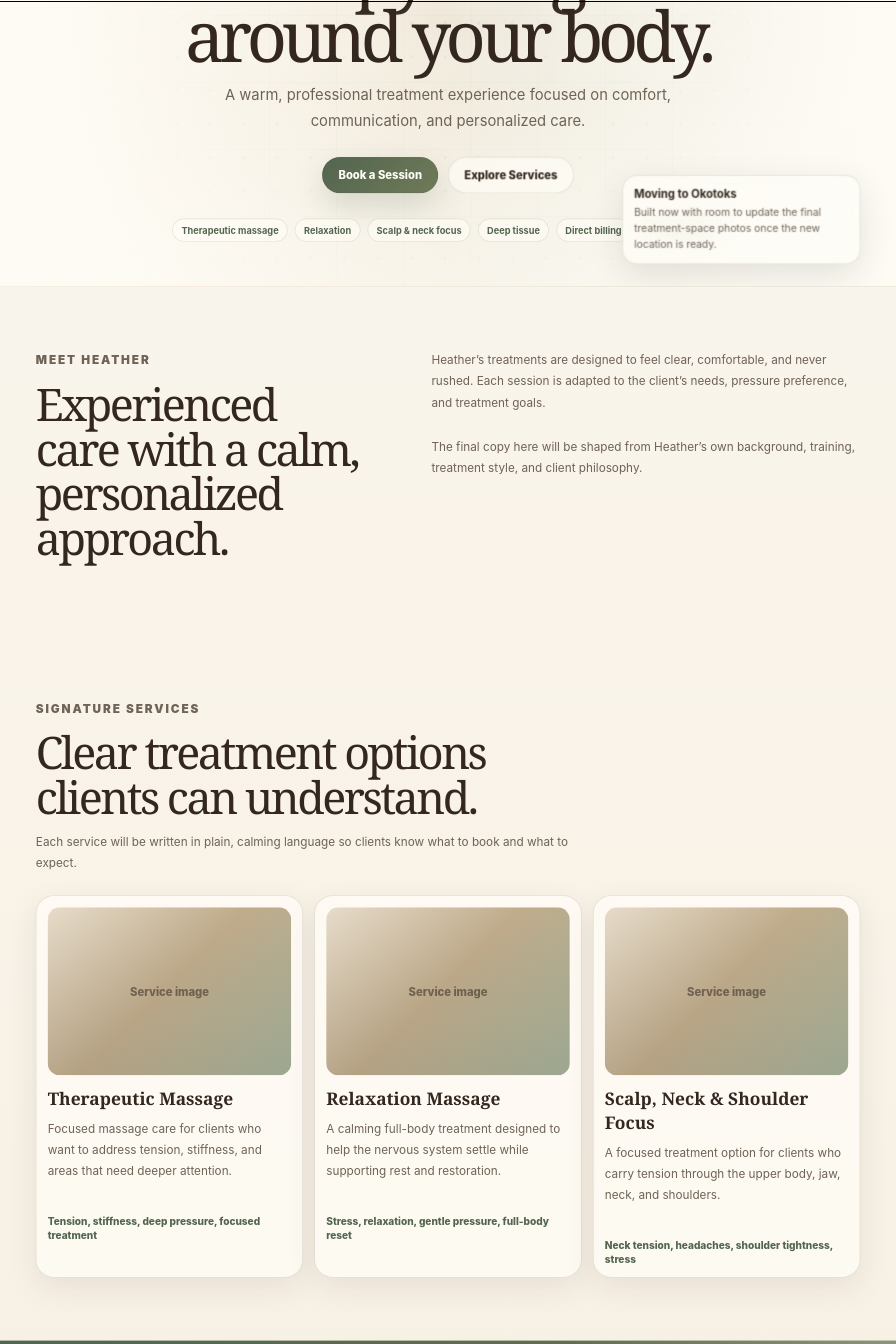
Repository: 300LBHACK3R/mckenzie-house-massage-site
Page: /
An editor plug-in stored every save of this project. The page is shown before and after the next save, followed by the edit.
The browser window is 1280 px wide. The pictures show the part of the page from y = 363 to 2283 px (the page is 4405 px tall before and 4465 px after), at 70% of full size.
The project was rebuilt for these pictures with package versions that can differ from the ones it lists, and the page was loaded fresh each time. The framework's server and built-in components were replaced by stand-ins that run in the browser. Also part of the build but not shown: next.config.ts.

Above is the page before, as saved 2026-07-15 13:45:10.

### src/app/layout.tsx
import type { Metadata } from "next";
import "./globals.css";
import { siteConfig } from "@/lib/site";

export const metadata: Metadata = {
  title: `${siteConfig.businessName} | Massage Therapy in Okotoks`,
  description: siteConfig.description,
  metadataBase: new URL(siteConfig.domain),
  openGraph: {
    title: `${siteConfig.businessName} | Massage Therapy in Okotoks`,
    description: siteConfig.description,
    type: "website",
    locale: "en_CA",
  },
};

export default function RootLayout({
  children,
}: Readonly<{
  children: React.ReactNode;
}>) {
  return (
    <html lang="en-CA">
      <body>{children}</body>
    </html>
  );
}

### src/app/page.tsx
import { Footer } from "@/components/Footer";
import { Header } from "@/components/Header";
import {
  experiencePillars,
  pricingPreview,
  services,
  serviceTags,
  siteConfig,
} from "@/lib/site";

export default function Home() {
  return (
    <>
      <Header />

      <main>
        <section id="home" className="organic-hero">
          <div className="hero-media" aria-hidden="true">
            {siteConfig.heroVideo ? (
              <video autoPlay muted loop playsInline preload="metadata">
                <source src={siteConfig.heroVideo} type="video/mp4" />
              </video>
            ) : (
              <div className="hero-media-placeholder" />
            )}

            <div className="hero-wash" />
            <div className="botanical-pattern" />
          </div>

          <div className="hero-inner">
            <p className="hero-pill">
              <span />
              Massage therapy · Calgary · Okotoks
            </p>

            <h1>Calm, skilled massage therapy designed around your body.</h1>

            <p className="hero-copy">
              A warm, professional treatment experience focused on comfort,
              communication, and personalized care.
            </p>

            <div className="hero-actions">
              <a className="button primary" href={siteConfig.bookingUrl}>
                Book a Session
              </a>
              <a className="button secondary" href="#services">
                Explore Services
              </a>
            </div>

            <div className="hero-tags" aria-label="Service highlights">
              {serviceTags.map((tag) => (
                <span key={tag}>{tag}</span>
              ))}
            </div>
          </div>

          <aside className="hero-side-card" aria-label="Okotoks move note">
            <strong>Moving to Okotoks</strong>
            <span>
              Built now with room to update the final treatment-space photos
              once the new location is ready.
            </span>
          </aside>
        </section>

        <section id="about" className="section split">
          <div>
            <p className="eyebrow">Meet Heather</p>
            <h2>Experienced care with a calm, personalized approach.</h2>
          </div>

          <div className="copy-stack">
            <p>
              Heather’s treatments are designed to feel clear, comfortable, and
              never rushed. Each session is adapted to the client’s needs,
              pressure preference, and treatment goals.
            </p>
            <p>
              The final copy here will be shaped from Heather’s own background,
              training, treatment style, and client philosophy.
            </p>
          </div>
        </section>

        <section id="services" className="section">
          <div className="section-heading">
            <p className="eyebrow">Signature Services</p>
            <h2>Clear treatment options clients can understand.</h2>
            <p>
              Each service will be written in plain, calming language so clients
              know what to book and what to expect.
            </p>
          </div>

          <div className="service-grid">
            {services.map((service) => (
              <article className="service-card" key={service.name}>
                <div className="service-image">
                  <span>Service image</span>
                </div>
                <h3>{service.name}</h3>
                <p>{service.description}</p>
                <small>{service.bestFor}</small>
              </article>
            ))}
          </div>
        </section>

        <section id="experience" className="section experience-section">
          <div className="experience-card">
            <p className="eyebrow">The Experience</p>
            <h2>Comfort, clarity, and care from the moment you book.</h2>
            <p>
              The website will help clients understand each treatment before
              they book, see the treatment space, meet Heather, and feel
              confident choosing the service that fits their body best.
            </p>
          </div>

          <div className="experience-list">
            {experiencePillars.map((item) => (
              <div key={item.title}>
                <strong>{item.title}</strong>
                <span>{item.text}</span>
              </div>
            ))}
          </div>
        </section>

        <section id="pricing" className="section soft">
          <div className="section-heading">
            <p className="eyebrow">Pricing</p>
            <h2>Simple, transparent pricing.</h2>
            <p>
              Pricing will be added once Heather confirms final services,
              durations, and rates.
            </p>
          </div>

          <div className="pricing-grid">
            {pricingPreview.map((item) => (
              <div key={item.duration}>
                <strong>{item.duration}</strong>
                <span>{item.price}</span>
              </div>
            ))}
          </div>
        </section>

        <section id="booking" className="section booking">
          <p className="eyebrow">Online Booking</p>
          <h2>Book through ClinicSense.</h2>
          <p>
            Clients will be directed into Heather’s existing ClinicSense booking
            system, where availability, services, intake, and scheduling remain
            securely managed.
          </p>
          <a className="button primary" href={siteConfig.bookingUrl}>
            Open Booking
          </a>
        </section>

        <section id="contact" className="section split">
          <div>
            <p className="eyebrow">Okotoks Launch</p>
            <h2>Built now. Ready to evolve with the new space.</h2>
          </div>

          <div className="copy-stack">
            <p>
              Current treatment footage can show Heather’s work, technique, and
              care while the final Okotoks room imagery can be added once the
              new space is ready.
            </p>
            <p>
              The website and Google Business Profile will be kept consistent
              through the transition.
            </p>
          </div>
        </section>
      </main>

      <Footer />
    </>
  );
}

### src/lib/site.ts
export const siteConfig = {
  businessName: "Heather Knorr Massage",
  legalName: "Heather Knorr",
  currentName: "McKenzie House Massage",
  description:
    "Calming, personalized massage therapy with clear communication, professional care, and convenient online booking.",
  location: "Calgary / Okotoks, Alberta",
  phone: "",
  email: "",
  bookingUrl: "#",
  domain: "https://example.com",
  heroVideo: "",
  social: {
    facebook: "",
    instagram: "",
  },
};

export const navItems = [
  { label: "Home", href: "#home" },
  { label: "About", href: "#about" },
  { label: "Services", href: "#services" },
  { label: "Experience", href: "#experience" },
  { label: "Pricing", href: "#pricing" },
  { label: "Booking", href: "#booking" },
  { label: "Contact", href: "#contact" },
];

export const serviceTags = [
  "Therapeutic massage",
  "Relaxation",
  "Scalp & neck focus",
  "Deep tissue",
  "Direct billing",
  "Online booking",
];

export const services = [
  {
    name: "Therapeutic Massage",
    description:
      "Focused massage care for clients who want to address tension, stiffness, and areas that need deeper attention.",
    bestFor: "Tension, stiffness, deep pressure, focused treatment",
  },
  {
    name: "Relaxation Massage",
    description:
      "A calming full-body treatment designed to help the nervous system settle while supporting rest and restoration.",
    bestFor: "Stress, relaxation, gentle pressure, full-body reset",
  },
  {
    name: "Scalp, Neck & Shoulder Focus",
    description:
      "A focused treatment option for clients who carry tension through the upper body, jaw, neck, and shoulders.",
    bestFor: "Neck tension, headaches, shoulder tightness, stress",
  },
];

export const experiencePillars = [
  {
    title: "Personalized pressure",
    text: "Each session is adjusted to the client’s comfort level, treatment goals, and preferred pressure.",
  },
  {
    title: "Clear service guidance",
    text: "Each treatment will be explained in plain language so clients know what to book and what to expect.",
  },
  {
    title: "Professional presentation",
    text: "Photography and video will show the treatment experience, the space, and Heather’s approach clearly.",
  },
];

export const pricingPreview = [
  { duration: "60 minutes", price: "Price to confirm" },
  { duration: "90 minutes", price: "Price to confirm" },
  { duration: "120 minutes", price: "Price to confirm" },
];

### src/components/Footer.tsx
import { siteConfig } from "@/lib/site";

export function Footer() {
  return (
    <footer className="footer">
      <div>
        <strong>{siteConfig.businessName}</strong>
        <p>{siteConfig.description}</p>
      </div>

      <div>
        <p>{siteConfig.location}</p>
        <p>Online booking through ClinicSense</p>
      </div>
    </footer>
  );
}

### src/components/Header.tsx
import { navItems, siteConfig } from "@/lib/site";

export function Header() {
  return (
    <header className="site-header">
      <a className="brand" href="#home" aria-label="Go to homepage">
        <span className="brand-mark">HK</span>
        <span className="brand-text">
          <strong>{siteConfig.businessName}</strong>
          <small>Massage & Wellness</small>
        </span>
      </a>

      <nav className="nav" aria-label="Main navigation">
        {navItems.map((item) => (
          <a key={item.href} href={item.href}>
            {item.label}
          </a>
        ))}
      </nav>

      <a className="nav-cta" href={siteConfig.bookingUrl}>
        Book Now
      </a>
    </header>
  );
}

Loaded but not shown: src/app/globals.css (586 lines, source omitted)

After the next save:
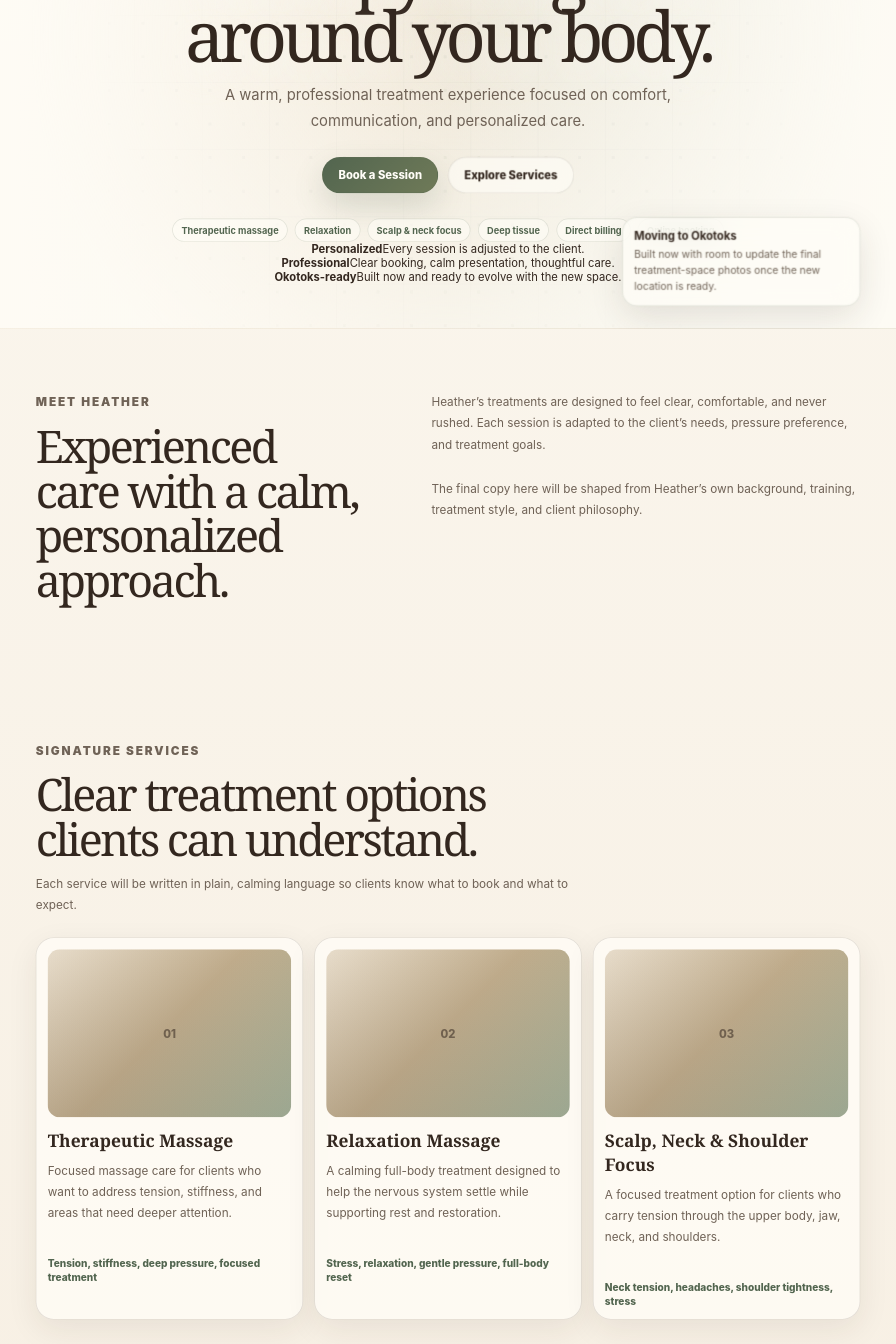
Saved 34 min 22 s later.
--- a/src/app/page.tsx
+++ b/src/app/page.tsx
@@ -26,22 +26,26 @@ export default function Home() {
 
             <div className="hero-wash" />
             <div className="botanical-pattern" />
+            <div className="ambient-orb orb-one" />
+            <div className="ambient-orb orb-two" />
           </div>
 
           <div className="hero-inner">
-            <p className="hero-pill">
+            <p className="hero-pill reveal-up">
               <span />
               Massage therapy · Calgary · Okotoks
             </p>
 
-            <h1>Calm, skilled massage therapy designed around your body.</h1>
-
-            <p className="hero-copy">
+            <h1 className="reveal-up delay-1">
+              Calm, skilled massage therapy designed around your body.
+            </h1>
+
+            <p className="hero-copy reveal-up delay-2">
               A warm, professional treatment experience focused on comfort,
               communication, and personalized care.
             </p>
 
-            <div className="hero-actions">
+            <div className="hero-actions reveal-up delay-3">
               <a className="button primary" href={siteConfig.bookingUrl}>
                 Book a Session
               </a>
@@ -50,14 +54,32 @@ export default function Home() {
               </a>
             </div>
 
-            <div className="hero-tags" aria-label="Service highlights">
+            <div
+              className="hero-tags reveal-up delay-4"
+              aria-label="Service highlights"
+            >
               {serviceTags.map((tag) => (
                 <span key={tag}>{tag}</span>
               ))}
             </div>
-          </div>
-
-          <aside className="hero-side-card" aria-label="Okotoks move note">
+
+            <div className="hero-stat-row reveal-up delay-5">
+              <div>
+                <strong>Personalized</strong>
+                <span>Every session is adjusted to the client.</span>
+              </div>
+              <div>
+                <strong>Professional</strong>
+                <span>Clear booking, calm presentation, thoughtful care.</span>
+              </div>
+              <div>
+                <strong>Okotoks-ready</strong>
+                <span>Built now and ready to evolve with the new space.</span>
+              </div>
+            </div>
+          </div>
+
+          <aside className="hero-side-card reveal-soft" aria-label="Okotoks move note">
             <strong>Moving to Okotoks</strong>
             <span>
               Built now with room to update the final treatment-space photos
@@ -66,13 +88,13 @@ export default function Home() {
           </aside>
         </section>
 
-        <section id="about" className="section split">
+        <section id="about" className="section split section-lift">
           <div>
             <p className="eyebrow">Meet Heather</p>
             <h2>Experienced care with a calm, personalized approach.</h2>
           </div>
 
-          <div className="copy-stack">
+          <div className="copy-stack premium-copy-card">
             <p>
               Heather’s treatments are designed to feel clear, comfortable, and
               never rushed. Each session is adapted to the client’s needs,
@@ -85,7 +107,7 @@ export default function Home() {
           </div>
         </section>
 
-        <section id="services" className="section">
+        <section id="services" className="section services-section">
           <div className="section-heading">
             <p className="eyebrow">Signature Services</p>
             <h2>Clear treatment options clients can understand.</h2>
@@ -96,14 +118,16 @@ export default function Home() {
           </div>
 
           <div className="service-grid">
-            {services.map((service) => (
+            {services.map((service, index) => (
               <article className="service-card" key={service.name}>
                 <div className="service-image">
-                  <span>Service image</span>
+                  <span>{String(index + 1).padStart(2, "0")}</span>
                 </div>
-                <h3>{service.name}</h3>
-                <p>{service.description}</p>
-                <small>{service.bestFor}</small>
+                <div className="service-content">
+                  <h3>{service.name}</h3>
+                  <p>{service.description}</p>
+                  <small>{service.bestFor}</small>
+                </div>
               </article>
             ))}
           </div>
@@ -150,26 +174,28 @@ export default function Home() {
           </div>
         </section>
 
-        <section id="booking" className="section booking">
-          <p className="eyebrow">Online Booking</p>
-          <h2>Book through ClinicSense.</h2>
-          <p>
-            Clients will be directed into Heather’s existing ClinicSense booking
-            system, where availability, services, intake, and scheduling remain
-            securely managed.
-          </p>
-          <a className="button primary" href={siteConfig.bookingUrl}>
-            Open Booking
-          </a>
-        </section>
-
-        <section id="contact" className="section split">
+        <section id="booking" className="section booking-section">
+          <div className="booking-card">
+            <p className="eyebrow">Online Booking</p>
+            <h2>Book through ClinicSense.</h2>
+            <p>
+              Clients will be directed into Heather’s existing ClinicSense
+              booking system, where availability, services, intake, and
+              scheduling remain securely managed.
+            </p>
+            <a className="button primary" href={siteConfig.bookingUrl}>
+              Open Booking
+            </a>
+          </div>
+        </section>
+
+        <section id="contact" className="section split section-lift">
           <div>
             <p className="eyebrow">Okotoks Launch</p>
             <h2>Built now. Ready to evolve with the new space.</h2>
           </div>
 
-          <div className="copy-stack">
+          <div className="copy-stack premium-copy-card">
             <p>
               Current treatment footage can show Heather’s work, technique, and
               care while the final Okotoks room imagery can be added once the
